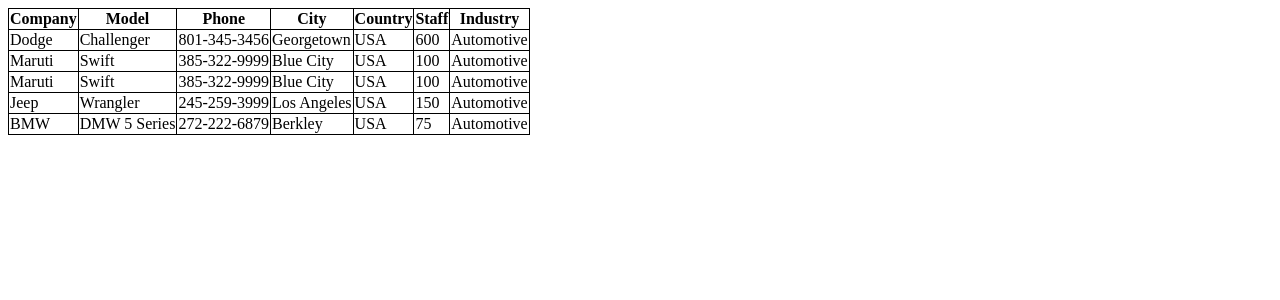
Repository: vgoins-RA2022/HTML-2
Page: index.html
An editor plug-in stored every save of this project. The page is shown before and after a run of saves, followed by the edit.
The browser window is 1280 px wide. The pictures show the whole page.

Above is the page before, as saved 2023-01-10 21:47:57.

### index.html
<!DOCTYPE html>
<html lang="en">

<head>
  <meta charset="UTF-8">
  <meta name="viewport" content="width=device-width, initial-scale=1">
  <link rel="stylesheet" href="..\\HTML-2\\src\\css\\Style.css" type="text/css">
  <title>HTML Table Assignment 2</title>
</head>

 <header>
    </header>

<body>
  <table>
    <thead>
      <tr>
        <th>Company</th>
        <th>Model</th>
        <th>Phone</th>
        <th>City</th>
        <th>Country</th>
        <th>Staff</th>
        <th>Industry</th>
      </tr>
    </thead>
    <tbody>
      <tr>
        <td>Dodge</td>
        <td>Challenger</td>
        <td>801-345-3456</td>
        <td>Georgetown</td>
        <td>USA</td>
        <td>600</td>
        <td>Automotive</td>
      </tr>
      <tr>
        <td>Maruti</td>
        <td>Swift</td>
        <td>385-322-9999</td>
        <td>Blue City</td>
        <td>USA</td>
        <td>100</td>
        <td>Automotive</td>
      </tr>
      <tr>
        <td>Maruti</td>
        <td>Swift</td>
        <td>385-322-9999</td>
        <td>Blue City</td>
        <td>USA</td>
        <td>100</td>
        <td>Automotive</td>
      </tr><tr>
        <td>Jeep</td>
        <td>Wrangler</td>
        <td>245-259-3999</td>
        <td>Los Angeles</td>
        <td>USA</td>
        <td>150</td>
        <td>Automotive</td>
      </tr>
      <tr>
        <td>BMW</td>
        <td>DMW 5 Series</td>
        <td>272-222-6879</td>
        <td>Berkley</td>
        <td>USA</td>
        <td>75</td>
        <td>Automotive</td>
      </tr>
    </tbody>
  </table>

</body>



</html>

### src/css/Style.css

table, th, td {
  border: 1px solid black;
  border-collapse: collapse;
}

After the next 2 saves:
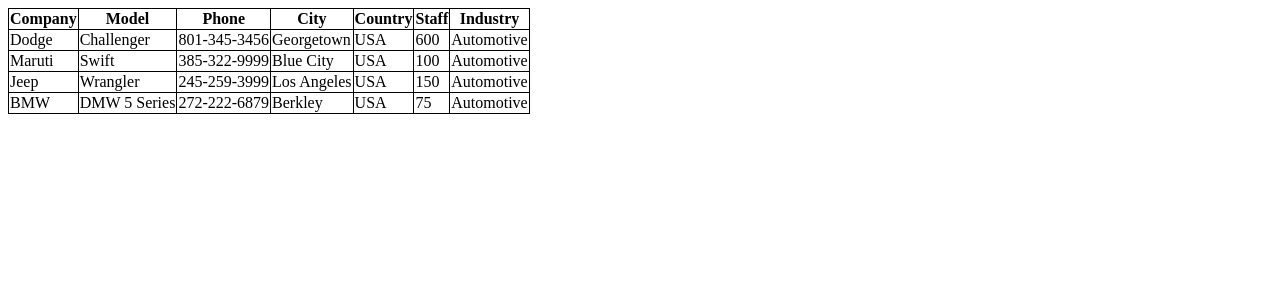
The 2 saves are shown as one change because they came seconds apart.
The last was saved 92 s later.
--- a/index.html
+++ b/index.html
@@ -34,16 +34,7 @@
         <td>600</td>
         <td>Automotive</td>
       </tr>
-      <tr>
-        <td>Maruti</td>
-        <td>Swift</td>
-        <td>385-322-9999</td>
-        <td>Blue City</td>
-        <td>USA</td>
-        <td>100</td>
-        <td>Automotive</td>
-      </tr>
-      <tr>
+            <tr>
         <td>Maruti</td>
         <td>Swift</td>
         <td>385-322-9999</td>
